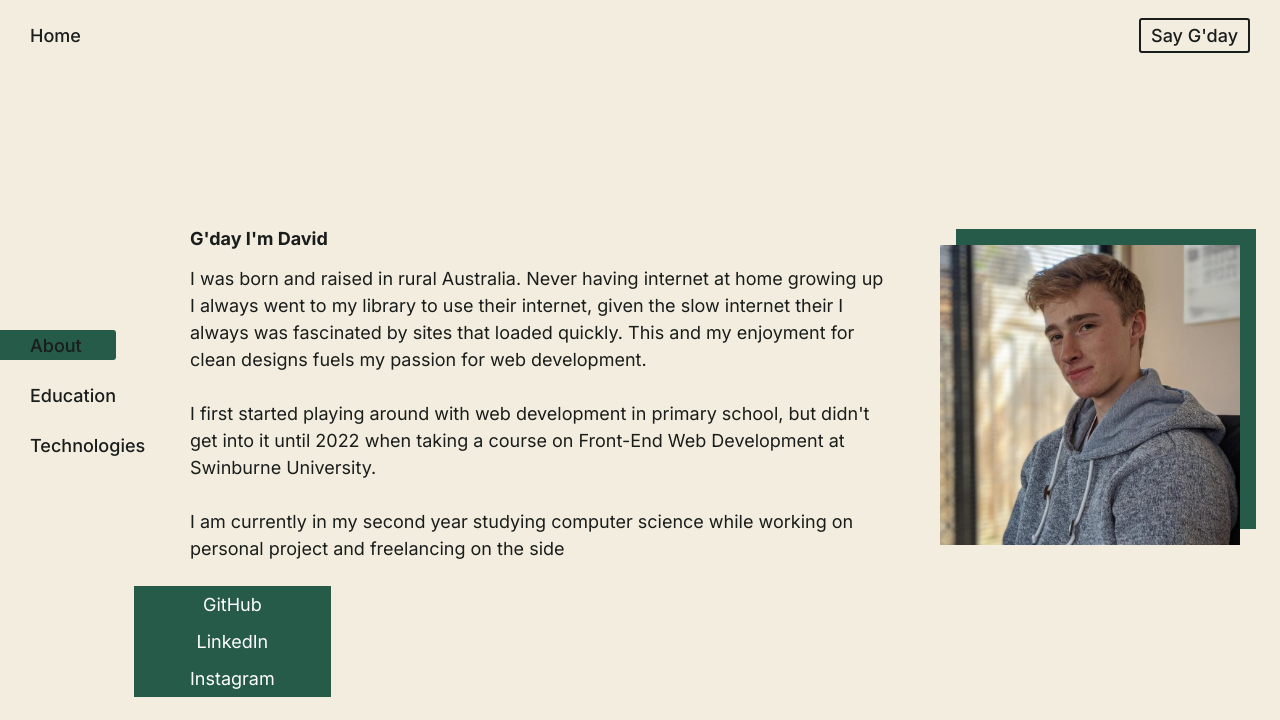
Repository: David-Waite/David-Waite-Portfolio
Page: /about
These files come from the project's save history. The page is drawn as it stood at one moment and after the next save; the edit follows.
The browser window is 1280 px wide. The pictures show the whole page.
The project was rebuilt for these pictures with package versions that can differ from the ones it lists, and the page was loaded fresh each time. The framework's server and built-in components were replaced by stand-ins that run in the browser. Also part of the build but not shown: next.config.js.

Above is the page before, as saved 2023-07-27 16:04:32.

### app/layout.tsx
import "./globals.css";
import type { Metadata } from "next";
import { Inter } from "next/font/google";
import NavBar from "./components/Nav/NavBar/NavBar";

const inter = Inter({ subsets: ["latin"] });

export const metadata: Metadata = {
  title: "David Waite | Web Developer",
  description: `David Waite. Web Developer. I like to create simple clean websites that gets the user to where they wanna go without the clutter.`,
};

export default function RootLayout({
  children,
}: {
  children: React.ReactNode;
}) {
  return (
    <html lang="en">
      <body className={inter.className}>
        <NavBar />
        {children}
      </body>
    </html>
  );
}

### app/about/page.tsx
import AboutMain from "../components/About/AboutMain";

import { Metadata, NextPage } from "next/types";

export const metadata: Metadata = {
  title: "David Waite | About ",
};

export default function About() {
  return (
    <div>
      <AboutMain />
    </div>
  );
}

### app/globals.css
:root {
  --primary: #255b48;
  --black: #191d1b;
  --background: #f3eddf;
  --white: #ffffff;
  --grey: #606060;
  --error: #a83c23;
}

.paragraph {
  font-size: 18px;
  font-style: normal;
  font-weight: 400;
  line-height: 25.2px;
  color: var(--black);
}

body {
  background-color: var(--background);
}

* {
  padding: 0;
  margin: 0;
  box-sizing: border-box;
}

### app/components/Nav/NavBar/NavBar.tsx
"use client";
import NavButton from "../NavButton/NavButton";
import styles from "./navBar.module.css";
import { usePathname } from "next/navigation";

import Link from "next/link";

export default function NavBar() {
  const currentRoute = usePathname();

  return (
    <nav className={styles.container}>
      <Link
        className={styles.link}
        href={`./${currentRoute === "/" ? "about" : "/"}`}
      >
        {currentRoute === "/" ? "About" : "Home"}
      </Link>

      {currentRoute !== "/contact" && <NavButton />}
    </nav>
  );
}

### app/components/About/AboutMain.tsx
"use client";

import Image from "next/image";
import styles from "./About.module.css";

import { useState } from "react";
import Menu from "./Menu/Menu";

export default function AboutMain() {
  const [selected, setSelected] = useState({
    about: true,
    education: false,
    technologies: false,
  });

  function handleClick(select: string) {
    setSelected(() => {
      return {
        about: select === "about" ? true : false,
        education: select === "education" ? true : false,
        technologies: select === "technologies" ? true : false,
      };
    });
  }

  const AboutText = (
    <>
      <h1 id="aboutHeading">G&apos;day I&apos;m David</h1>
      <p className={styles.description}>
        I was born and raised in rural Australia. Never having internet at home
        growing up I always went to my library to use their internet, given the
        slow internet their I always was fascinated by sites that loaded
        quickly. This and my enjoyment for clean designs fuels my passion for
        web development.
        <br />
        <br /> I first started playing around with web development in primary
        school, but didn&apos;t get into it until 2022 when taking a course on
        Front-End Web Development at Swinburne University.
        <br />
        <br /> I am currently in my second year studying computer science while
        working on personal project and freelancing on the side
      </p>
    </>
  );

  const EducationText = (
    <>
      <h1 id="aboutHeading">My Education</h1>
      <ul className={`${styles.description} ${styles.descriptionList} `}>
        <li>
          CT50220 Dimploma of Information Technology (Front End Web Development)
          | 2022
        </li>
        <li>BA-CS Bachelor of Computer Science | 2023 - current</li>
        <li>Front end developer career path (72hrs) | Scrimba (online)</li>
        <li>
          React Native - The Practical Guide 2022 (26hrs) | Udemy (online)
        </li>
        <li>
          C# Basics for Beginners: Learn C# Fundamentals by Coding (6hrs) |
          Udemy (online)
        </li>
        <li>
          C# Intermediate: Classes, Interfaces and OOP (6hrs) | Udemy (online)
        </li>
      </ul>
    </>
  );
  const TechnologiesText = (
    <>
      <h1 id="aboutHeading">What I&apos;m confortable with</h1>
      <ul className={`${styles.description} ${styles.descriptionList} `}>
        <li>HTML</li>
        <li>CSS</li>
        <li>Next.Js</li>
        <li>Contentful</li>
        <li>React.Js</li>
        <li>JavaScript</li>
        <li>C#</li>
      </ul>
    </>
  );

  let textContent;

  if (selected.about) {
    textContent = AboutText;
  }
  if (selected.technologies) {
    textContent = TechnologiesText;
  }
  if (selected.education) {
    textContent = EducationText;
  }
  return (
    <main className={styles.container}>
      <Menu selected={selected} onClick={handleClick} mobile={false} />
      <div className={styles.content}>
        <div className={styles.textContainer}>
          <div className={styles.paragraphContainer}>{textContent}</div>
          <div className={`${styles.desktopLink} ${styles.links}`}>
            <a href="https://github.com/David-Waite" target="_blank">
              GitHub
            </a>
            <a href="www.linkedin.com/in/davidwaitedev" target="_blank">
              LinkedIn
            </a>
            <a href="https://www.instagram.com/david__waite/" target="_blank">
              Instagram
            </a>
          </div>
        </div>

        <div className={styles.imageContainer}>
          <Image
            src="/aboutMe.jpg"
            fill={true}
            alt="David"
            priority
            blurDataURL="data:[embedded picture, 1451 characters]"
            placeholder="blur"
          />
        </div>
      </div>
      <div className={styles.moblieLinkContainer}>
        <Menu selected={selected} onClick={handleClick} mobile={true} />
        <div className={`${styles.moblieLink} ${styles.links}`}>
          <a href="https://github.com/David-Waite" target="_blank">
            GitHub
          </a>
          <a href="www.linkedin.com/in/davidwaitedev" target="_blank">
            LinkedIn
          </a>
          <a href="https://www.instagram.com/david__waite/" target="_blank">
            Instagram
          </a>
        </div>
      </div>
    </main>
  );
}

### app/components/Nav/NavButton/NavButton.tsx
import styles from "./navButton.module.css";

import Link from "next/link";

export default function NavButton() {
  return (
    <Link className={styles.container} href={"./contact"}>
      Say G&apos;day
    </Link>
  );
}

### app/components/Nav/NavBar/navBar.module.css
.container {
  display: flex;
  align-items: center;
  justify-content: space-between;
  height: 70px;
  padding: 0 30px;
}

.link {
  color: var(--black);
  text-decoration: none;
  font-size: 18px;
  font-weight: 500;
  cursor: pointer !important;
}

.link:hover {
  color: var(--grey);
}

@media (max-width: 768px) {
  .container {
    padding: 0 20px;
  }
}
@media (max-width: 425px) {
  .link {
    font-size: 16px;
  }
}

### app/components/About/About.module.css
.container {
  display: flex;
  height: calc(100vh - 70px);
  width: 100%;
  align-items: center;
  justify-content: center;
}

.content {
  position: relative;
  display: flex;
  align-items: center;
  gap: 200px;
}
.imageContainer {
  position: relative;
  width: 440px;
  height: 440px;
  box-shadow: var(--primary) 16px -16px 0px 0px;
}

.descriptionList {
  margin-left: 32px;
  margin-right: -32px;
}
.content h1 {
  color: var(--black);
  font-size: 18px;
  font-weight: 700;
  margin-bottom: 16px;
}
.description {
  color: var(--black);
  font-size: 18px;
  font-weight: 400;
  height: 297px;
  width: 740px;

  line-height: 27px;
}

.links {
  margin-top: 24px;
  position: absolute;
  left: -56px;
  padding: 0 56px;
  background-color: var(--primary);
  display: flex;
  align-items: center;
  flex-direction: column;
}
.mobileLink {
  display: none;
}
.links a {
  cursor: pointer !important;
  color: var(--white);
  text-decoration: none;
  font-size: 18px;
  margin: 8px 0;
}

.container hr {
  width: 100%;
  display: none;
}
.links a:hover {
  color: var(--grey);
}

.moblieLink {
  display: none;
}
@media (max-width: 2000px) {
  .content {
    gap: 100px;
  }
}
@media (max-width: 1850px) {
  .imageContainer {
    width: 350px;
    height: 350px;
  }
}

@media (max-width: 1750px) {
  .imageContainer {
    width: 350px;
    height: 350px;
    margin-right: -50px;
  }
}

@media (max-width: 1650px) {
  .description {
    width: 700px;
  }
}

@media (max-width: 1550px) {
  .imageContainer {
    margin-right: -100px;
    width: 300px;
    height: 300px;
  }
}

@media (max-width: 1450px) {
  .imageContainer {
    margin-right: -150px;
    width: 300px;
    height: 300px;
  }
}

@media (max-width: 1350px) {
  .content {
    gap: 50px;
  }
}
@media (max-width: 1250px) {
  .description {
    width: 625px;
  }
}

@media (max-width: 1200px) {
  .desktopLink {
    display: none;
  }
  .moblieLink {
    display: flex;
  }
  .container {
    padding: 20px;
    margin-top: 40px;
    display: block;
    height: 500px;
  }

  .description {
    margin-right: 16px;
    width: 100%;
    max-width: 761px;
    height: 300px;
  }
  .descriptionList {
    margin-left: 16px;
    margin-right: 0px;
  }
  .content {
    justify-content: space-between;
  }
  .imageContainer {
    min-width: 300px;
    margin-right: 0px;
    margin-top: 20px;
    width: 200px;
    height: 200px;
    min-width: 200px;
    align-self: flex-start;
  }
  .links {
    position: static;
    width: 200px;
    margin-left: auto;
  }
  .moblieLinkContainer {
    margin-top: 40px;
    display: flex;
  }
}

@media (max-width: 850px) {
  .description {
    height: 380px;
  }
}

@media (max-width: 768px) {
  .content {
    flex-direction: column;
    gap: 40px;
  }
  .imageContainer {
    align-self: center;
  }
  .description {
    height: auto;
  }
  .textContainer {
    align-self: flex-start;
  }
  .moblieLinkContainer {
    align-items: center;
    justify-content: space-between;
    height: 134px;
  }
  .links {
    margin: 0;
    margin-right: -20px;
    width: 100px;
  }
}

@media (max-width: 425px) {
  .links a,
  .content h1,
  .description {
    font-size: 16px;
  }
}

### app/components/About/Menu/Menu.tsx
"use client";
import { CSSProperties, useState } from "react";
import styles from "./menu.module.css";
export default function Menu(props: {
  onClick: any;
  selected: any;
  mobile: boolean;
}) {
  function handleClick(select: string) {
    props.onClick(select);
  }

  const selectedBackground: any = {
    left: "0px",
  };
  const selectedP: any = {
    color: "white",
  };

  return (
    <div
      className={`${styles.menu} ${
        props.mobile === true ? styles.moblie : styles.desktop
      }`}
      id="menu"
    >
      <div
        className={`${styles.linkContainer} ${styles.about}`}
        onClick={() => handleClick("about")}
      >
        <div
          className={styles.aboutBackground}
          style={Object.assign(props.selected.about && selectedBackground)}
        ></div>
        <p style={Object.assign(props.selected.about && selectedP)}>
          <a href="/about#aboutHeading">About</a>
        </p>
      </div>
      <br />
      <div
        className={`${styles.linkContainer} ${styles.education}`}
        onClick={() => handleClick("education")}
      >
        <div
          className={styles.educationBackground}
          style={Object.assign(props.selected.education && selectedBackground)}
        ></div>
        <p style={Object.assign(props.selected.education && selectedP)}>
          <a href="/about#aboutHeading">Education</a>
        </p>
      </div>
      <br />
      <div
        className={`${styles.linkContainer} ${styles.technologies}`}
        onClick={() => handleClick("technologies")}
      >
        <div
          className={styles.technologiesBackground}
          style={Object.assign(
            props.selected.technologies && selectedBackground
          )}
        ></div>
        <p style={Object.assign(props.selected.technologies && selectedP)}>
          <a href="/about#aboutHeading">Technologies</a>
        </p>
      </div>
    </div>
  );
}

### app/components/Nav/NavButton/navButton.module.css
.container {
  border: 2px solid var(--black);
  color: var(--black);
  font-weight: 500;
  border-radius: 3px;
  font-size: 18px;
  padding: 5px 10px;
  transition: 0.3s;
  text-decoration: none;
  cursor: pointer !important;
}

.container:hover {
  background-color: var(--primary);
  color: var(--white);
}

@media (max-width: 425px) {
  .container {
    font-size: 16px;
  }
}

### app/components/About/Menu/menu.module.css
.menu {
  position: absolute;
  left: 0;
  font-size: 18px;
  font-weight: 500;
}

.menu div {
  display: flex;
  align-items: center;
}

.linkContainer {
  position: relative;
}
.linkContainer p {
  position: relative;
  cursor: pointer !important;
  color: var(--black);
}

.aboutBackground,
.educationBackground,
.technologiesBackground {
  position: absolute;
  background-color: var(--primary);
  left: 0;
  height: 30px;
  border-radius: 0 3px 3px 0;
  transition: 0.3s ease-in;
}
.about {
  width: 116px;
}
.aboutBackground {
  width: 116px;
  left: -116px;
}
.about:hover .aboutBackground {
  left: 0;
}

.education {
  width: 148px;
}
.educationBackground {
  width: 148px;
  left: -148px;
}
.education:hover .educationBackground {
  left: 0;
}

.technologies {
  width: 175px;
}
.technologiesBackground {
  width: 175px;
  left: -175px;
}
.technologies:hover .technologiesBackground {
  left: 0;
}

.menu p {
  top: 0;
  padding: 4px 30px;

  transition: 0.3s;
}

.selected {
  border-radius: 0 3px 3px 0;
  color: var(--white);
  background: rgb(37, 91, 72);
}

.linkContainer p a {
  text-decoration: none;
  color: var(--black);
}

.linkContainer p a:hover {
  position: relative;
  color: var(--white);
}

.moblie {
  display: none;
}
@media (max-width: 1200px) {
  .menu {
    top: calc((100vh - 70px) / 2);
    z-index: 4;
  }
  .desktop {
    display: none;
  }

  .moblie {
    display: block;
    position: inherit;
    margin-left: -30px;
  }
}

After the next save:
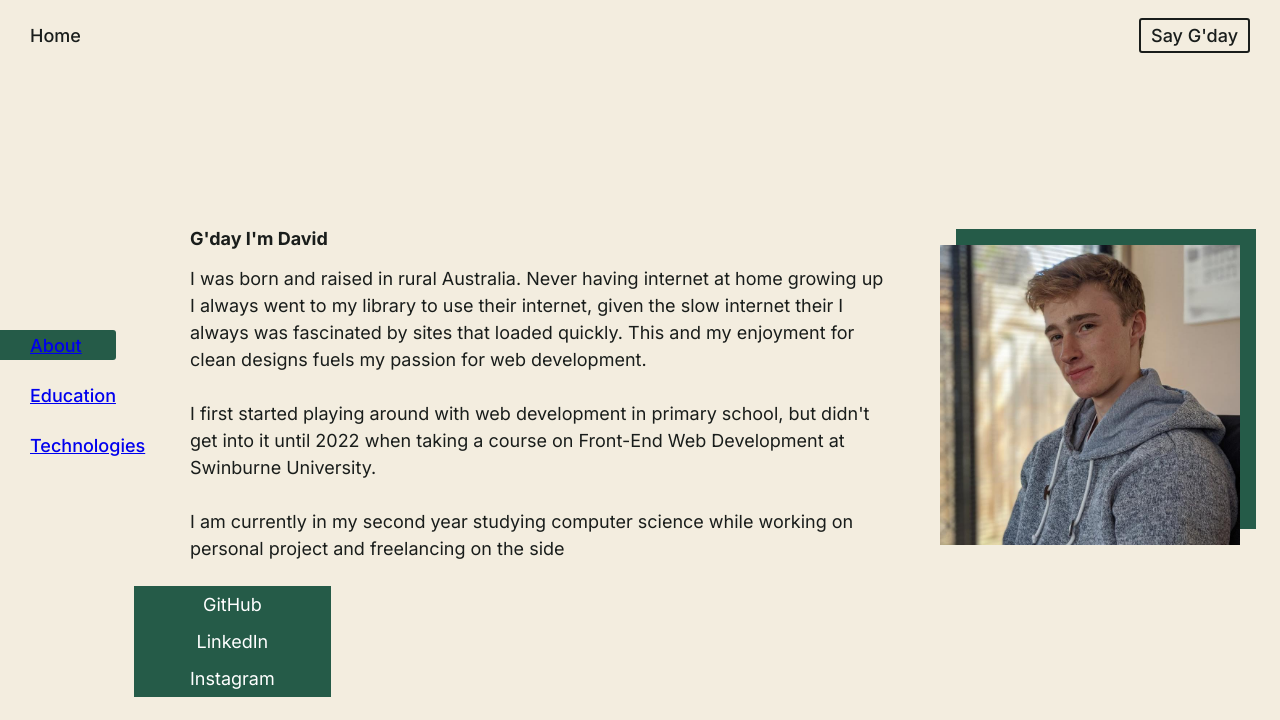
Saved 9 s later.
--- a/app/components/About/Menu/menu.module.css
+++ b/app/components/About/Menu/menu.module.css
@@ -75,7 +75,7 @@
   background: rgb(37, 91, 72);
 }
 
-.linkContainer p a {
+.linkContainer p {
   text-decoration: none;
   color: var(--black);
 }

After the save that followed:
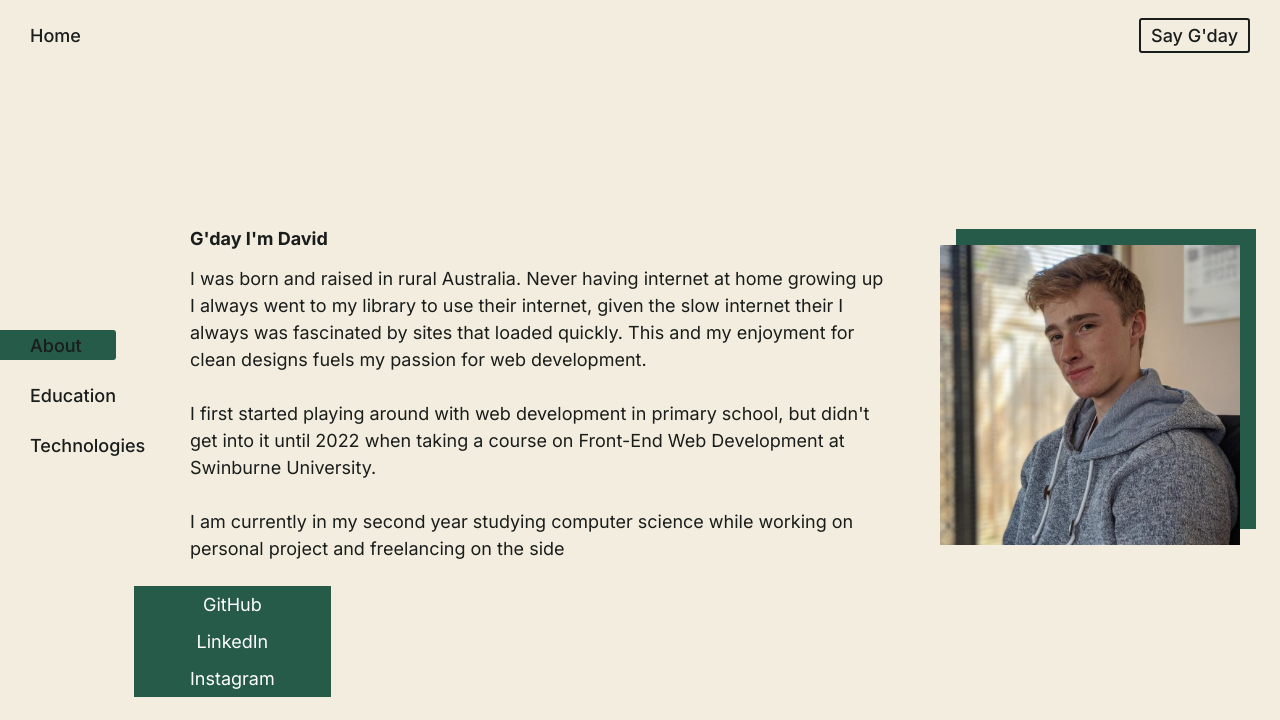
Saved 4 s later.
--- a/app/components/About/Menu/menu.module.css
+++ b/app/components/About/Menu/menu.module.css
@@ -75,7 +75,7 @@
   background: rgb(37, 91, 72);
 }
 
-.linkContainer p {
+.linkContainer p a {
   text-decoration: none;
   color: var(--black);
 }
